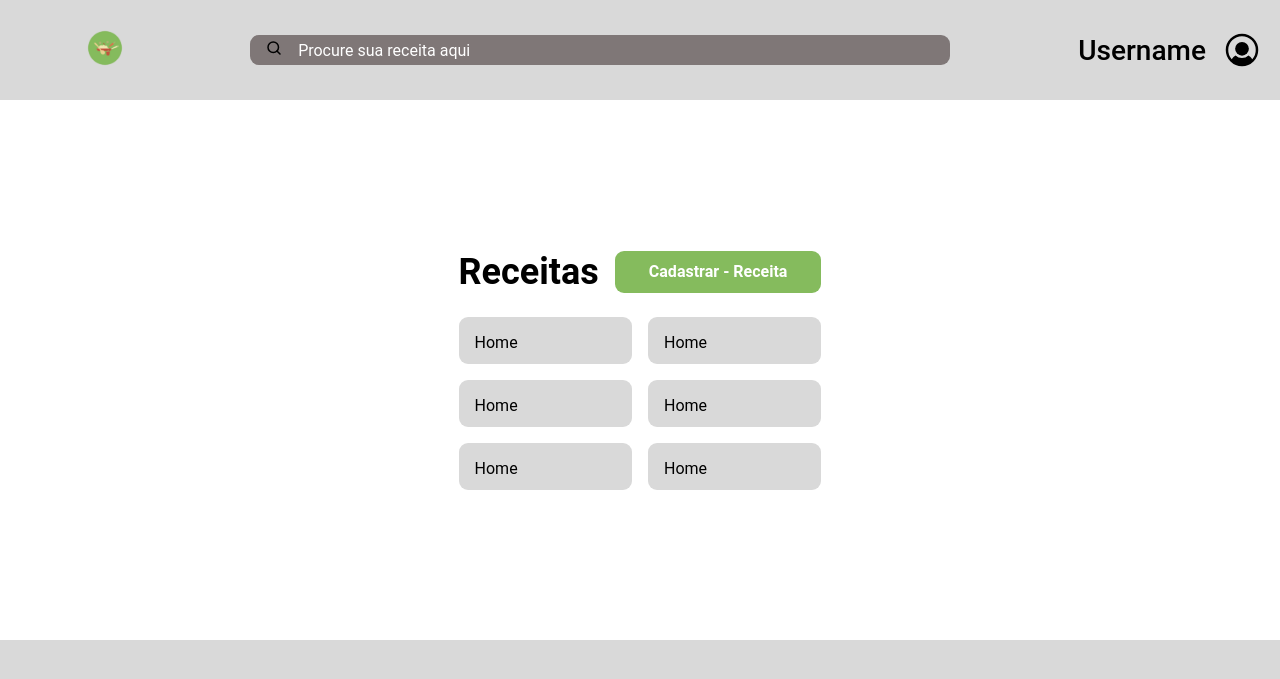
Repository: GabrielEduardoBrambilla/receitas-online
Page: /
The author's editor kept a copy of each file at every save. The page is drawn from the files as they stood at one save, then again after a run of saves.
The browser window is 1280 px wide. The pictures show the whole page.
The project was rebuilt for these pictures with package versions that can differ from the ones it lists, and the page was loaded fresh each time. Also part of the build but not shown: vite.config.js.

Above is the page before, as saved 2024-04-15 21:00:13.

### src/pages/Home/index.jsx
import React from 'react'
import { Container, TitleWrapper, CardWrapper } from './styles'
import { Navbar } from '../../components/Navbar'
import { RecipeCard } from '../../components/RecipeCard'

export function Home() {
  return <Container>
    <Navbar />
    <main>
      <TitleWrapper>
        <h2>Receitas</h2>
        <button>Cadastrar - Receita</button>
      </TitleWrapper>

      <CardWrapper>
        <RecipeCard />
        <RecipeCard />
        <RecipeCard />
        <RecipeCard />
        <RecipeCard />
        <RecipeCard />
      </CardWrapper>
    </main>

    <footer></footer>
  </Container>
}

### src/styles/global.js
import { createGlobalStyle } from 'styled-components'

export const GlobalStyle = createGlobalStyle`
  * {
    margin: 0;
    padding: 0;
    box-sizing: border-box;
  }

  :focus {
    outline: none;
  }

  body {
    -webkit-font-smoothing: antialiased;
  }

  body, input, textarea, button {
    font-family: 'Roboto', sans-serif;
    font-weight: 400;
    font-size: 1rem;
  }
`

### src/pages/Home/styles.js
import styled from 'styled-components'

export const Container = styled.div`
  display: flex;
  justify-content: space-between;
  flex-direction: column;
  min-height: 100vh;

  > main {
    display: flex;
    flex-direction: column;
    gap: 24px;
    justify-content: center;
    align-items: c;
    /* min-height: 80vh; */
    max-width: 1000px;
    margin: auto;
  }

  > footer {
    height: 80px;
    width: 100%;
    background-color: #d9d9d9;
  }
`
export const TitleWrapper = styled.div`
  display: flex;
  gap: 16px;

  font-size: 24px;
  font-weight: bold;

  > button {
    font-size: 16px;
    line-height: 0%;
    font-weight: bold;
    color: white;
    background-color: #85bb5d;
    border-radius: 9px;
    border: none;
    padding: 5px 34px;
  }
`
export const CardWrapper = styled.div`
  display: grid;
  grid-template-columns: 1fr 1fr;
  gap: 16px;
`

### src/components/Navbar/index.jsx
import {
  Container, LogoContainer,
  SearchForm,
  UserWrapper
} from './styles'
import Logo from '../../assets/Logo.svg'
import { UserCircle, MagnifyingGlass, Heart } from 'phosphor-react'

export function Navbar() {
  return (
    <Container>

      <LogoContainer>
        <img src={Logo} alt="" />
      </LogoContainer>


      <SearchForm>
        <label htmlFor="search">
          <MagnifyingGlass size={16} weight="bold" />
        </label>
        <input type="text" id='search' placeholder='Procure sua receita aqui' />
      </SearchForm>


      <UserWrapper>
        <p>Username</p>
        <UserCircle size={40} weight="fill" />

      </UserWrapper>


    </Container>
  )
}

### src/components/RecipeCard/index.js
import React from 'react'
import { Container } from './styles'

export function RecipeCard() {
  return <Container>Home</Container>
}

### src/components/Navbar/styles.js
import styled from 'styled-components'

export const Container = styled.div`
  display: flex;
  flex: 1;
  justify-content: space-between;
  align-items: center;

  background-color: #d9d9d9;
  max-height: 100px;

  padding: 0px 10px 0px 80px;
`
export const LogoContainer = styled.div`
  > img {
    width: 50px;
    height: 50px;
    object-fit: cover;
  }
`
export const SearchForm = styled.form`
  display: flex;
  gap: 16px;
  align-items: center;
  width: 700px;
  height: 30px;
  background-color: #7f7777;
  border-radius: 9px;
  padding: 6px 16px;

  > input {
    background-color: #7f7777;
    border: none;
    color: white;

    &::placeholder {
      color: white;
    }
  }
`
export const UserWrapper = styled.div`
  display: flex;
  gap: 16px;
  align-items: center;
  padding: 8px;
  border-radius: 6px;

  > p {
    font-size: 28px;
    font-weight: 500;
  }
`

### src/components/RecipeCard/styles.js
import styled from 'styled-components'
export const Container = styled.div`
  background-color: #d9d9d9;
  padding: 16px 12px 12px 16px;
  border-radius: 9px;
  width: 100%;
  max-width: 555px;

  > h3 {
    font-size: 22px;
    margin-bottom: 6px;
  }
  > p {
    font-size: 16px;
    font-weight: normal;
  }
`

### src/components/RecipeRegisterModal/index.jsx
import React from 'react'
import { Container } from './styles'
import Modal from 'react-modal'

export function RecipeRegisterModal() {
  const [modalIsOpen, setIsOpen] = React.useState(false);

  function openModal() {
    setIsOpen(true);
  }

  function afterOpenModal() {
  }

  function closeModal() {
    setIsOpen(false);
  }

  return <Container>
      <button onClick={openModal}>Open Modal</button>
      <Modal
        isOpen={modalIsOpen}
        onAfterOpen={afterOpenModal}
        onRequestClose={closeModal}
        contentLabel="Example Modal"
      >
        <button onClick={closeModal}>close</button>
      </Modal>
  </Container>
}

### src/components/RecipeRegisterModal/styles.js
import styled from 'styled-components'
export const Container = styled.div``

Loaded but not shown: index.html (common file); src/main.jsx (common file); src/App.jsx (common file)

After the next 3 saves:
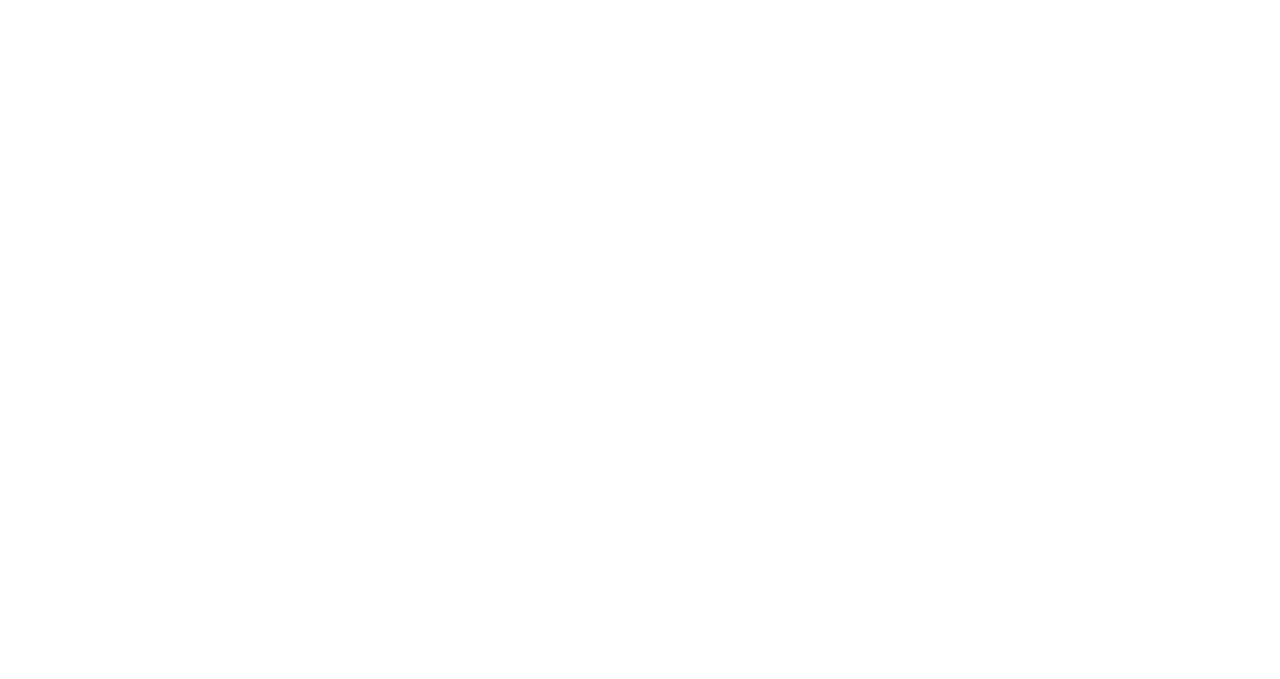
Console error: ReferenceError: RecipeRegisterModal is not defined
The 3 saves are shown as one change because they came seconds apart.
The last was saved 19 s later.
--- a/src/pages/Home/index.jsx
+++ b/src/pages/Home/index.jsx
@@ -10,6 +10,7 @@ export function Home() {
       <TitleWrapper>
         <h2>Receitas</h2>
         <button>Cadastrar - Receita</button>
+        <RecipeRegisterModal />
       </TitleWrapper>
 
       <CardWrapper>

After the save that followed:
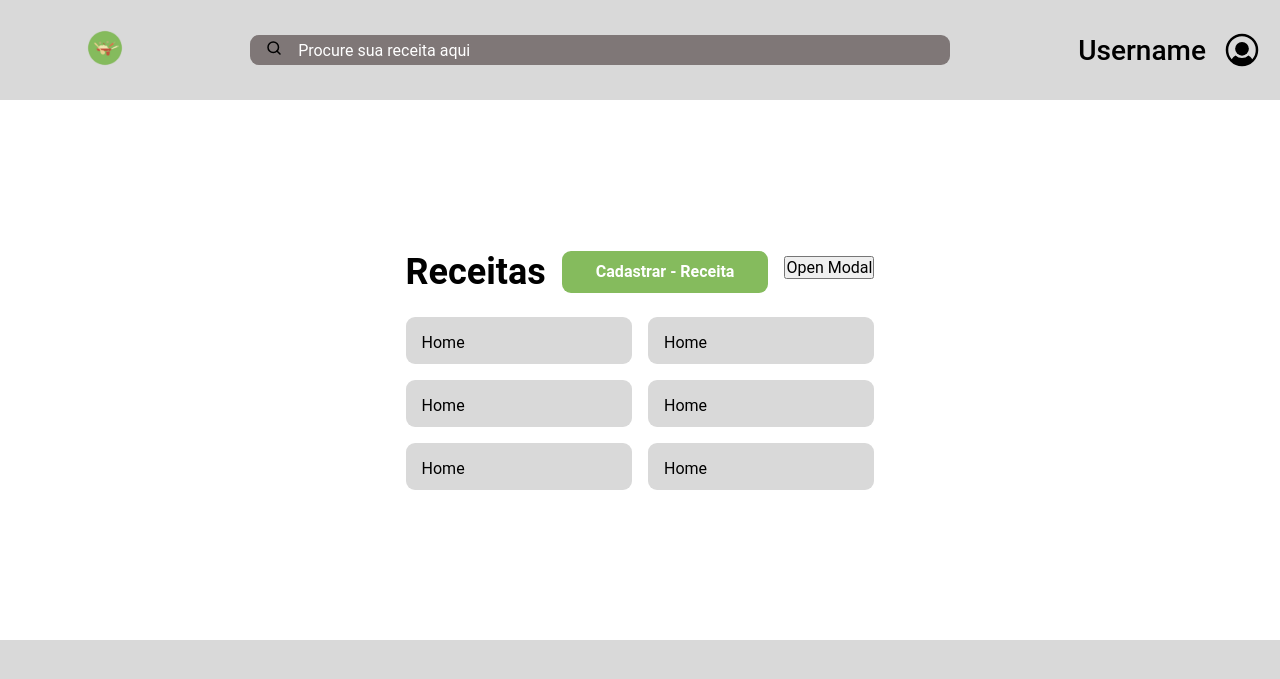
The error is gone.
Saved 9 s later.
--- a/src/pages/Home/index.jsx
+++ b/src/pages/Home/index.jsx
@@ -2,6 +2,7 @@ import React from 'react'
 import { Container, TitleWrapper, CardWrapper } from './styles'
 import { Navbar } from '../../components/Navbar'
 import { RecipeCard } from '../../components/RecipeCard'
+import { RecipeRegisterModal } from '../../components/RecipeRegisterModal'
 
 export function Home() {
   return <Container>
